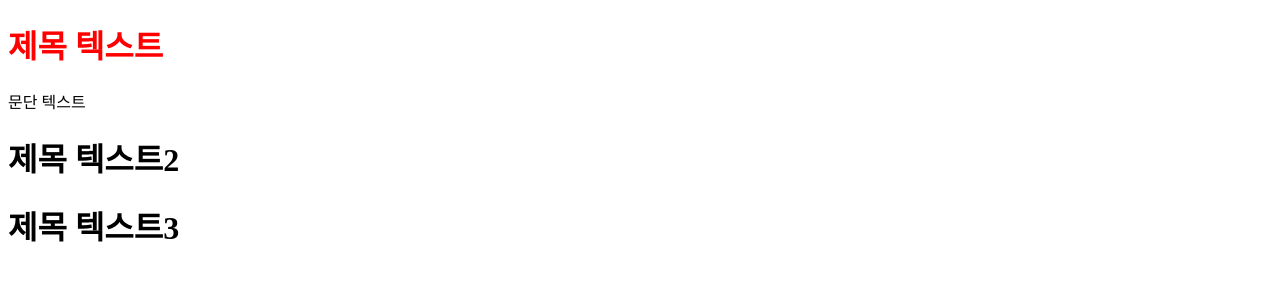
Repository: younseochoi/AI_PLATFORM
Page: my_code/03_web/html/src/main/webapp/css/start.html
An editor plug-in stored every save of this project. The page is shown before and after the next save, followed by the edit.
The browser window is 1280 px wide. The pictures show the whole page.

Above is the page before, as saved 2022-07-25 00:53:07.

After the next save:
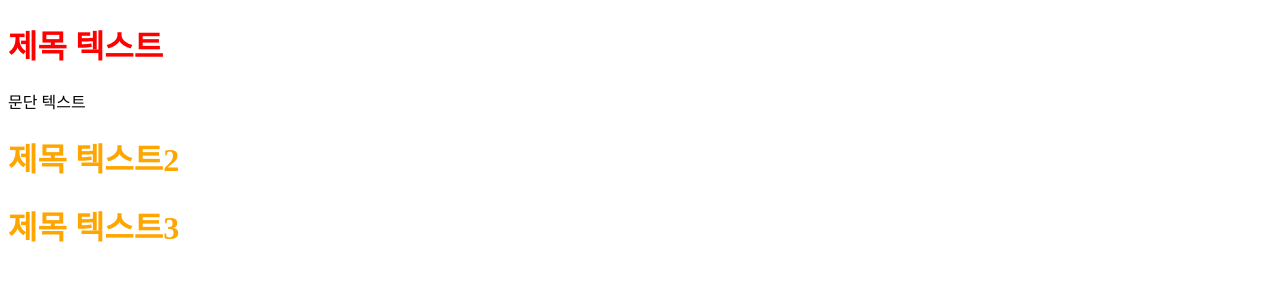
Saved 21 s later.
--- a/my_code/03_web/html/src/main/webapp/css/start.html
+++ b/my_code/03_web/html/src/main/webapp/css/start.html
@@ -3,7 +3,7 @@
 <head>
 <meta charset="UTF-8">
 <title>Insert title here</title>
-<link href="sample.css">
+<link href="sample.css" rel="stylesheet">
 <style type="text/css">
 /* 	h1{color:green;} */
 </style>
